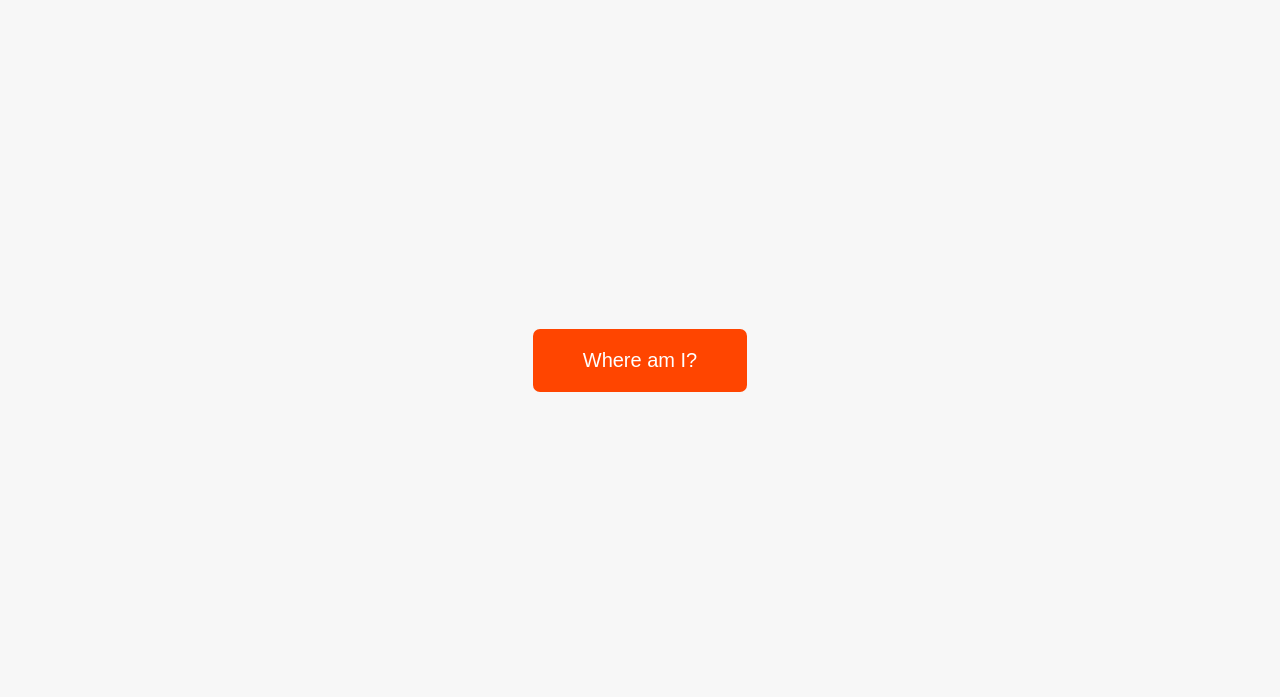
Repository: otvertka/jsc_16
Page: index.html
The author's editor kept a copy of each file at every save. The page is drawn from the files as they stood at one save, then again after the next save.
The browser window is 1280 px wide. The pictures show the whole page.

Above is the page before, as saved 2023-03-17 15:44:05.
Console error: SyntaxError: missing ) after argument list

After the next save:
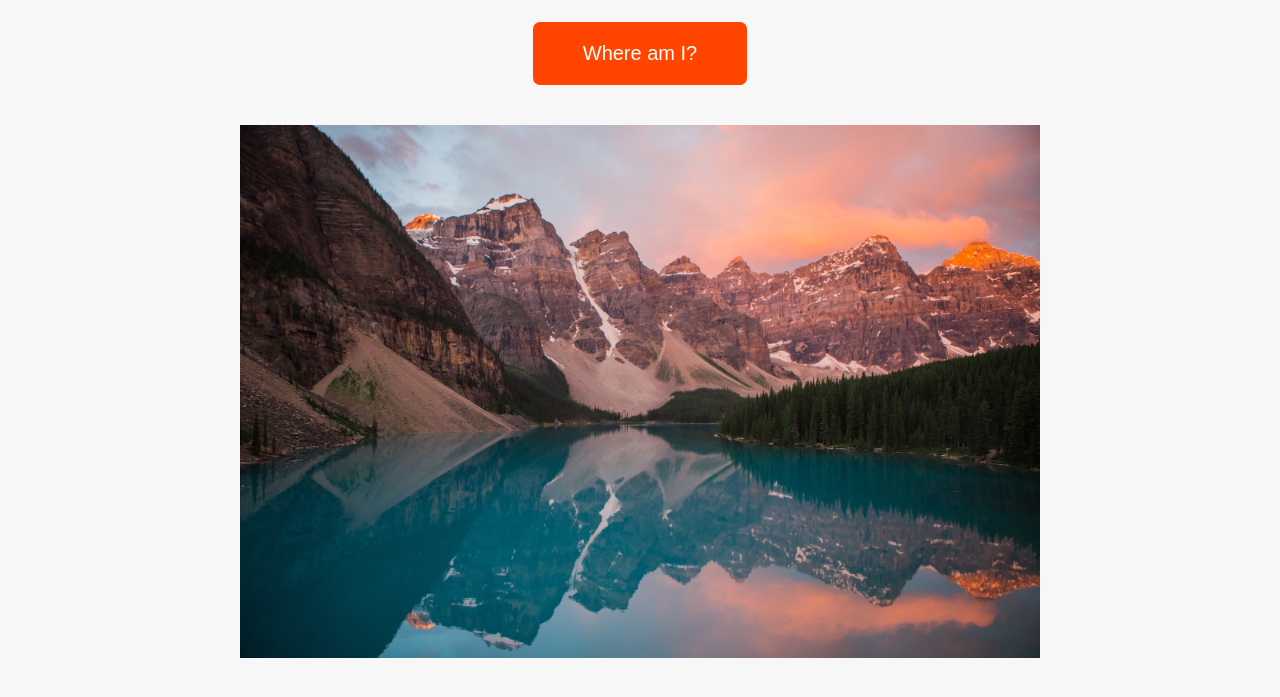
The error is gone.
Saved 13 s later.
--- a/script.js
+++ b/script.js
@@ -474,7 +474,7 @@ loadNPause();
 ['img/img-2.jpg', 'img/img-2.jpg', 'img/img-3.jpg'];
 const loadAll = async function (imgArr) {
   try {
-   console.log(imgArr.map(d=>(console.log(d)))
+    console.log(imgArr.map(d => console.log(d)));
   } catch (err) {
     console.error(err);
   }
